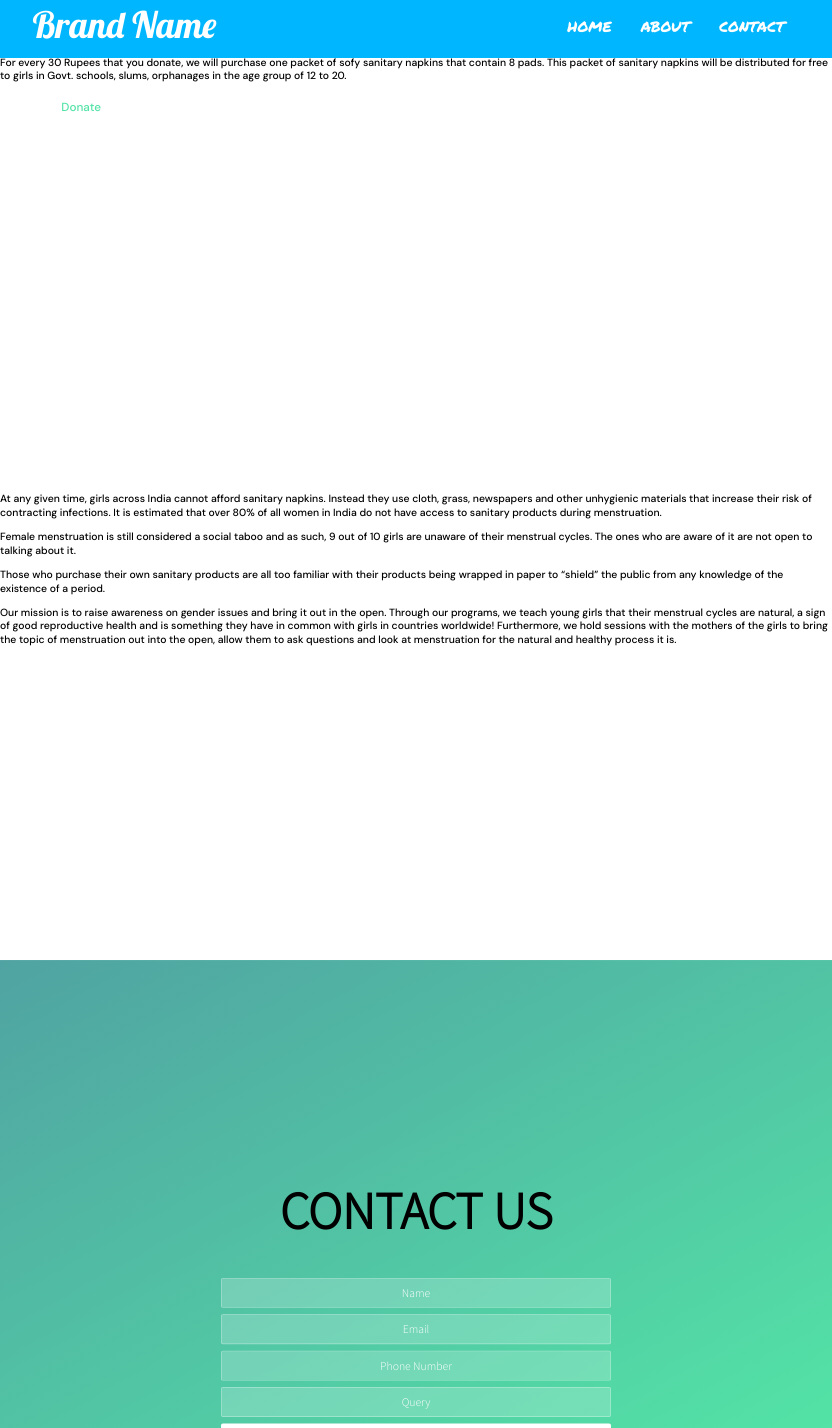
Repository: Jrap-bit/PeriodofSharing
Page: index.html
The author's editor kept a copy of each file at every save. The page is drawn from the files as they stood at one save, then again after the next save.
The browser window is 1280 px wide. The pictures show the whole page, at 65% of full size.

Above is the page before, as saved 2022-01-15 13:15:18.

After the next save:
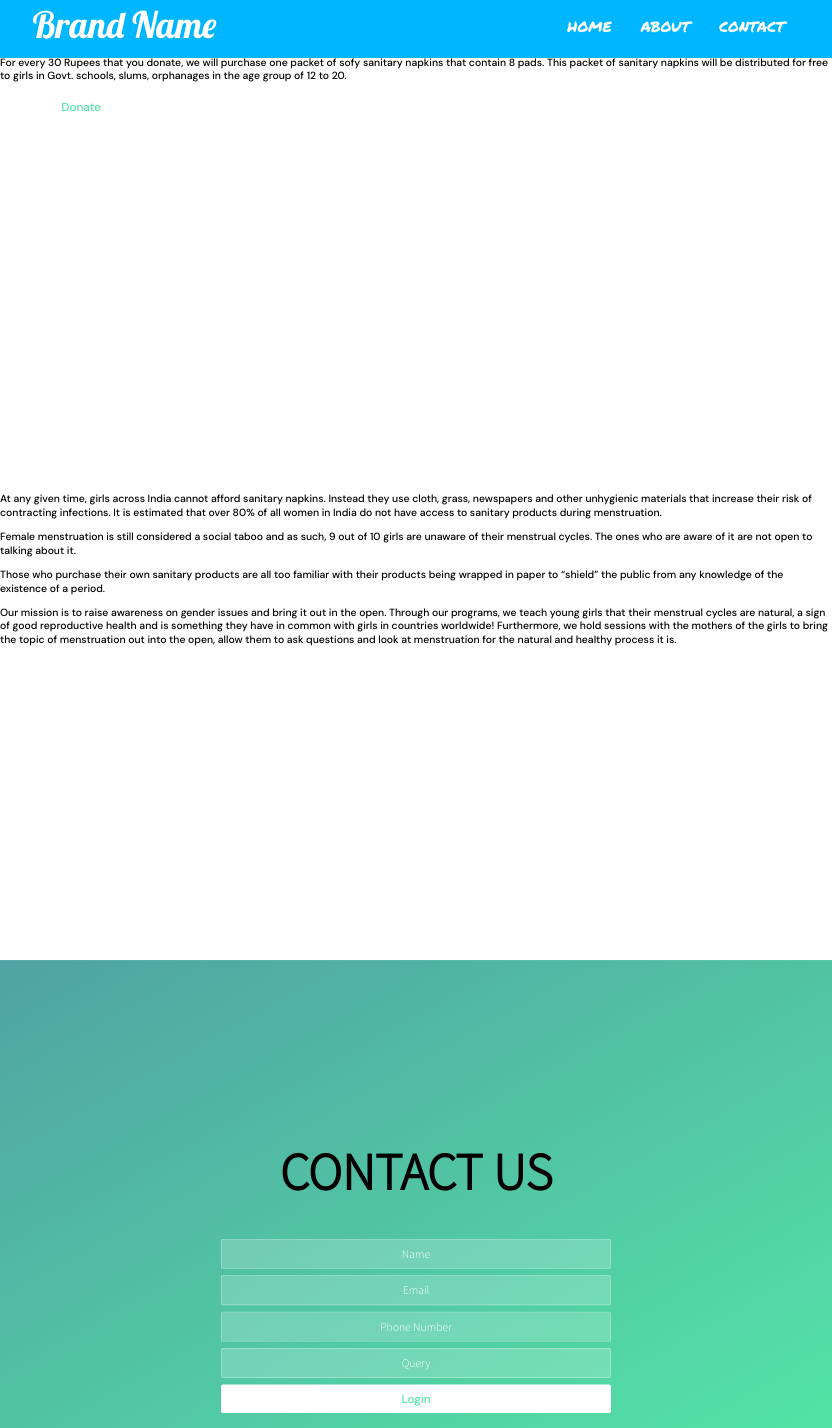
Saved 15 s later.
--- a/style.css
+++ b/style.css
@@ -75,7 +75,7 @@ body :-ms-input-placeholder {
 }
 
 form {
-    margin-top: 30%;
+    margin-top: 20%;
     padding: 20px 0;
     position: relative;
     z-index: 2;
